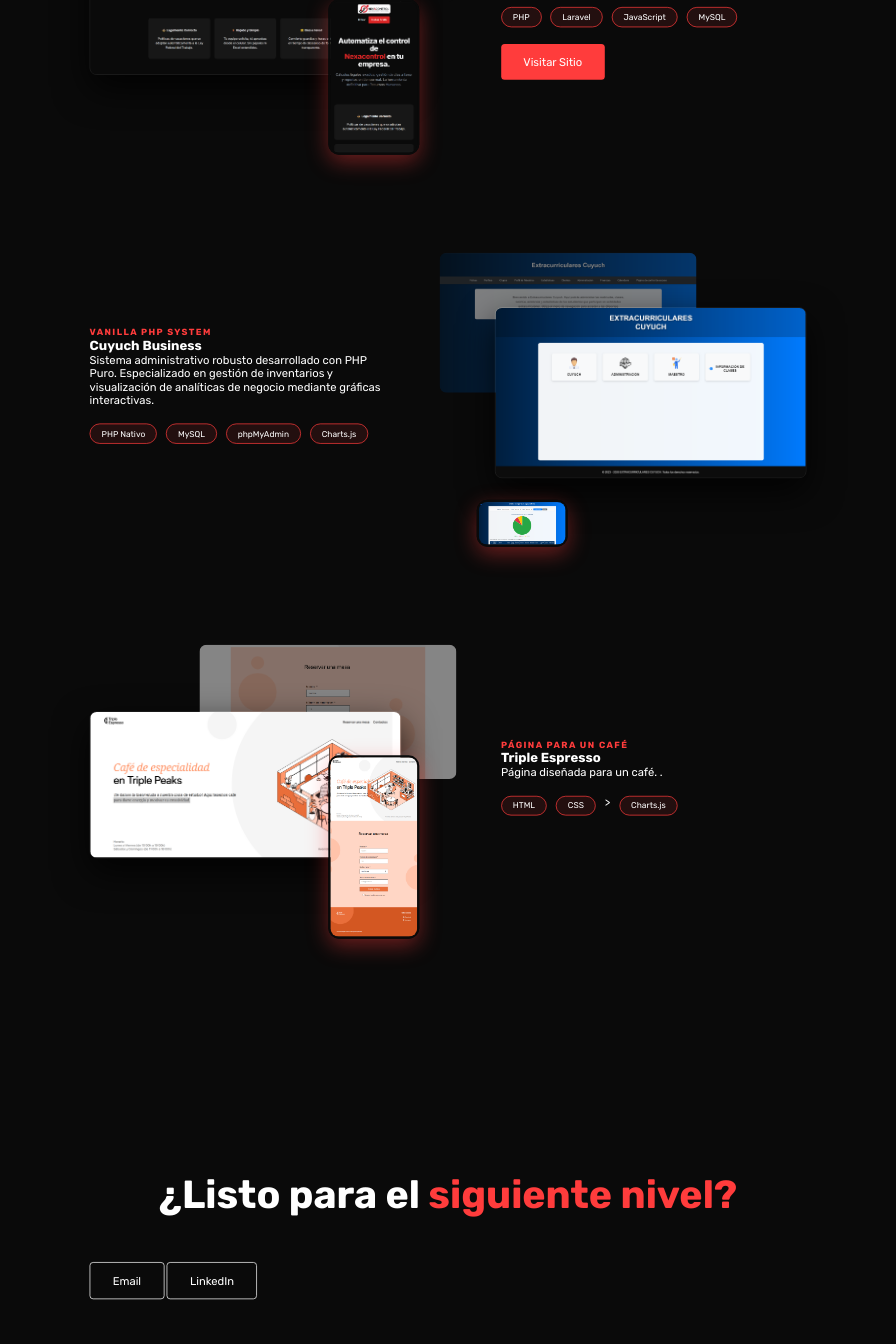
Repository: hercules830/Mi-portfolio-profesional
Page: index.html
The author's editor kept a copy of each file at every save. The page is drawn from the files as they stood at one save, then again after the next save.
The browser window is 1280 px wide. The pictures show the part of the page from y = 1690 to 3610 px (the page is 3610 px tall), at 70% of full size.
Some web fonts or font styles are not loaded; a fallback is used.

Above is the page before, as saved 2026-05-30 20:08:09.

### index.html
<!DOCTYPE html>
<html lang="es">
  <head>
    <meta charset="UTF-8" />
    <meta name="viewport" content="width=device-width, initial-scale=1.0" />
    <link rel="stylesheet" href="styles.css" />
    <link rel="preconnect" href="https://fonts.googleapis.com" />
    <link rel="preconnect" href="https://fonts.gstatic.com" crossorigin />
    <link
      href="https://fonts.googleapis.com/css2?family=Rubik:wght@300;400;700&family=Rubik+Storm&display=swap"
      rel="stylesheet"
    />
    <title>Brayan Espinoza | Full Stack Developer</title>
  </head>
  <body>
    <header class="header">
      <nav class="nav">
        <div class="logo-container">
          <p class="logo">BRAYAN <span>ESPINOZA</span></p>
        </div>
        <ul class="links">
          <li><a class="link" href="#inicio">Inicio</a></li>
          <li><a class="link" href="#habilidades">Habilidades</a></li>
          <li><a class="link" href="#proyectos">Proyectos</a></li>
          <li><a class="link" href="#contacto">Contacto</a></li>
        </ul>
      </nav>

      <div class="description" id="inicio">
        <h1 class="header-title">Brayan</h1>
        <p class="my-description">Engineer + Full Stack Web Developer</p>
        <div class="cta-container">
          <a href="#proyectos" class="btn-primary">Ver Proyectos</a>
          <a href="#contacto" class="btn-secondary">Contáctame</a>
        </div>
      </div>
    </header>

    <section class="section" id="habilidades">
      <h2 class="section-title">Habilidades <span>Técnicas</span></h2>
      <div class="skills-grid">
        <div class="skill-card">
          <h3>Backend</h3>
          <p>PHP, Laravel, Node.js, MySQL, Eloquent ORM, REST APIs</p>
        </div>
        <div class="skill-card">
          <h3>Frontend</h3>
          <p>JavaScript (ES6+), React, HTML5, CSS3, Tailwind</p>
        </div>
        <div class="skill-card">
          <h3>Herramientas</h3>
          <p>Git, Postman, SCRUM, Linux, arquitectura de bases de datos</p>
        </div>
      </div>
    </section>

    <section class="section" id="proyectos">
      <h2 class="section-title">Proyectos <span>SaaS</span></h2>

      <!-- PROYECTO 1: NEXACONTROL (Tecnologías originales) -->
      <div class="featured-project">
        <div class="featured-img-container">
          <img
            src="assets/img/projects/indexNexa.png"
            alt="Nexacontrol Landing"
            class="img-lead zoomable"
          />
          <img
            src="assets/img/projects/panelJefeAreaNexa.png"
            alt="Nexacontrol Panel"
            class="img-panel zoomable"
          />
          <img
            src="assets/img/projects/indexNexaPhone.png"
            alt="Nexacontrol Mobile"
            class="img-phone zoomable"
          />
        </div>
        <div class="featured-info">
          <span class="tag">SaaS Ecosystem</span>
          <h3>Nexacontrol</h3>
          <p>
            Plataforma integral de gestión de capital humano. Automatiza
            cálculos de legislación laboral, control de asistencia y flujos de
            aprobación para RRHH.
          </p>
          <div class="tech-stack">
            <span>PHP</span><span>Laravel</span><span>JavaScript</span
            ><span>MySQL</span>
          </div>
          <div class="actions">
            <a
              href="https://nexacontrolapp.com"
              target="_blank"
              class="btn-primary"
              >Visitar Sitio</a
            >
          </div>
        </div>
      </div>

      <!-- PROYECTO 2: CUYUCH (PHP Puro / Vanilla) -->
      <div class="featured-project reverse">
        <div class="featured-info">
          <span class="tag">Vanilla PHP System</span>
          <h3>Cuyuch Business</h3>
          <p>
            Sistema administrativo robusto desarrollado con PHP Puro.
            Especializado en gestión de inventarios y visualización de
            analíticas de negocio mediante gráficas interactivas.
          </p>
          <div class="tech-stack">
            <span>PHP Nativo</span><span>MySQL</span><span>phpMyAdmin</span
            ><span>Charts.js</span>
          </div>
        </div>
        <div class="featured-img-container">
          <img
            src="assets/img/projects/indexCuyuch.png"
            alt="Cuyuch Home"
            class="img-lead zoomable"
          />
          <img
            src="assets/img/projects/panelCuyuch.png"
            alt="Cuyuch Admin"
            class="img-panel zoomable"
          />
          <img
            src="assets/img/projects/graficaCuyuch.png"
            alt="Cuyuch Stats"
            class="img-phone zoomable"
          />
        </div>
      </div>

      <!-- PROYECTO 3: Triple Expresso (HTML, CSS) -->
      <div class="featured-project">
        <div class="featured-img-container">
          <img
            src="assets/img/projects/headTripleExpresso.png"
            alt="Cuyuch Home"
            class="img-lead zoomable"
          />
          <img
            src="assets/img/projects/formTripleEspresso.png"
            alt="Cuyuch Admin"
            class="img-panel zoomable"
          />
          <img
            src="assets/img/projects/phoneTripleEspresso.png"
            alt="Cuyuch Stats"
            class="img-phone zoomable"
          />
        </div>
        <div class="featured-info">
          <span class="tag">Página para un Café</span>
          <h3>Triple Espresso</h3>
          <p>Página diseñada para un café. .</p>
          <div class="tech-stack">
            <span>HTML</span><span>CSS</span> ><span>Charts.js</span>
          </div>
        </div>
      </div>
    </section>

    <!-- MODAL PARA ZOOM (Lightbox) -->
    <div id="imageModal" class="modal">
      <span class="close">&times;</span>
      <img class="modal-content" id="imgFull" />
    </div>

    <footer class="section" id="contacto">
      <h2 class="section-title">
        ¿Listo para el <span>siguiente nivel?</span>
      </h2>
      <div class="social-links">
        <a href="mailto:musicabjhe830@gmail.com" class="btn-secondary">Email</a>
        <a
          href="https://www.linkedin.com/in/brayan-espinoza-57191512a"
          target="_blank"
          class="btn-secondary"
          >LinkedIn</a
        >
      </div>
    </footer>

    <script src="script.js"></script>
  </body>
</html>

### styles.css
:root {
  --primary-red: #ff3c3c;
  --dark-bg: #0a0a0a;
  --card-bg: #141414;
  --text-white: #ffffff;
  --gray-text: #b3b3b3;
}

* {
  margin: 0;
  padding: 0;
  box-sizing: border-box;
  scroll-behavior: smooth;
}
body {
  background-color: var(--dark-bg);
  color: var(--text-white);
  font-family: "Rubik", sans-serif;
  overflow-x: hidden;
}

/* --- HEADER --- */
.header {
  height: 100vh;
  background: linear-gradient(to bottom, transparent 60%, var(--dark-bg) 100%),
    linear-gradient(rgba(0, 0, 0, 0.5), rgba(0, 0, 0, 0.5)),
    url("assets/background.jpg");
  background-size: cover;
  background-position: center;
  display: flex;
  flex-direction: column;
}
.nav {
  display: flex;
  justify-content: space-between;
  padding: 2rem 5%;
  align-items: center;
}
.logo {
  font-weight: bold;
  letter-spacing: 2px;
}
.logo span {
  color: var(--primary-red);
}
.links {
  display: flex;
  list-style: none;
  gap: 2rem;
}
.link {
  color: white;
  text-decoration: none;
  font-size: 0.9rem;
  transition: 0.3s;
}
.link:hover {
  color: var(--primary-red);
}

.description {
  flex: 1;
  display: flex;
  flex-direction: column;
  justify-content: center;
  padding-left: 10%;
}
.header-title {
  font-family: "Rubik Storm", cursive;
  font-size: clamp(4rem, 10vw, 8rem);
  color: var(--primary-red);
  text-shadow: 0 0 30px rgba(255, 60, 60, 0.4);
}
.my-description {
  font-size: 1.5rem;
  color: var(--gray-text);
  margin-bottom: 2rem;
}

/* --- BOTONES --- */
.btn-primary {
  background: var(--primary-red);
  color: white;
  padding: 1rem 2rem;
  text-decoration: none;
  border-radius: 5px;
  transition: 0.3s;
  display: inline-block;
}
.btn-secondary {
  border: 1px solid white;
  color: white;
  padding: 1rem 2rem;
  text-decoration: none;
  border-radius: 5px;
  transition: 0.3s;
  display: inline-block;
}
.btn-primary:hover {
  transform: scale(1.05);
  box-shadow: 0 0 20px rgba(255, 60, 60, 0.4);
}

/* --- SECCIONES --- */
.section {
  padding: 8rem 10% 4rem 10%;
}
.section-title {
  font-size: clamp(2rem, 5vw, 3.5rem);
  margin-bottom: 4rem;
  text-align: center;
}
.section-title span {
  color: var(--primary-red);
}

.skills-grid {
  display: grid;
  grid-template-columns: repeat(auto-fit, minmax(280px, 1fr));
  gap: 2rem;
}
.skill-card {
  background: var(--card-bg);
  padding: 3rem;
  border-radius: 15px;
  border-left: 5px solid var(--primary-red);
  transition: 0.3s;
}
.skill-card h3 {
  margin-bottom: 1rem;
  color: var(--primary-red);
}

/* --- SHOWCASE DE PROYECTOS --- */
.featured-project {
  display: grid;
  grid-template-columns: 1.2fr 1fr;
  gap: 4rem;
  margin-bottom: 10rem;
  align-items: center;
}
.featured-project.reverse {
  grid-template-columns: 1fr 1.2fr;
}

.featured-img-container {
  position: relative;
  height: 400px;
  display: flex;
  align-items: center;
}
.img-lead {
  width: 85%;
  border-radius: 10px;
  box-shadow: 0 20px 50px rgba(0, 0, 0, 0.8);
  z-index: 2;
  transition: 0.5s;
  cursor: pointer;
  border: 1px solid rgba(255, 255, 255, 0.1);
}
.img-panel {
  position: absolute;
  top: 0;
  right: 0;
  width: 70%;
  border-radius: 10px;
  z-index: 1;
  opacity: 0.5;
  filter: blur(1px);
  transition: 0.5s;
  cursor: pointer;
}
.img-phone {
  position: absolute;
  bottom: -20px;
  right: 10%;
  width: 130px;
  z-index: 3;
  border: 3px solid var(--dark-bg);
  border-radius: 15px;
  box-shadow: 0 10px 30px rgba(255, 60, 60, 0.4);
  transition: 0.5s;
  cursor: pointer;
}

/* Inversión de imágenes para el modo reverse */
.reverse .img-lead {
  margin-left: auto;
}
.reverse .img-panel {
  left: 0;
  right: auto;
}
.reverse .img-phone {
  left: 10%;
  right: auto;
}

.featured-project:hover .img-lead {
  transform: translateX(-10px);
}
.featured-project:hover .img-panel {
  opacity: 1;
  filter: blur(0);
  transform: translate(10px, -10px);
}
.featured-project:hover .img-phone {
  transform: scale(1.1);
}

.tag {
  color: var(--primary-red);
  font-weight: bold;
  font-size: 0.8rem;
  letter-spacing: 2px;
  text-transform: uppercase;
}
.tech-stack {
  margin: 1.5rem 0;
  display: flex;
  gap: 0.8rem;
  flex-wrap: wrap;
}
.tech-stack span {
  background: rgba(255, 60, 60, 0.1);
  padding: 0.4rem 1rem;
  border-radius: 20px;
  border: 1px solid var(--primary-red);
  font-size: 0.75rem;
}

/* --- MODAL (ZOOM) --- */
.modal {
  display: none;
  position: fixed;
  z-index: 1000;
  padding-top: 50px;
  left: 0;
  top: 0;
  width: 100%;
  height: 100%;
  background-color: rgba(0, 0, 0, 0.9);
}
.modal-content {
  margin: auto;
  display: block;
  width: 80%;
  max-width: 1200px;
  border-radius: 10px;
  border: 2px solid var(--primary-red);
}
.close {
  position: absolute;
  top: 15px;
  right: 35px;
  color: #f1f1f1;
  font-size: 40px;
  font-weight: bold;
  cursor: pointer;
}

@media (max-width: 1000px) {
  .featured-project,
  .featured-project.reverse {
    grid-template-columns: 1fr;
    gap: 2rem;
  }
  .featured-img-container {
    height: 300px;
    order: -1;
  }
  .featured-info {
    text-align: center;
  }
  .tech-stack {
    justify-content: center;
  }
}

### script.js
document.addEventListener("DOMContentLoaded", () => {
  // 1. Lógica del Modal (Zoom de Imágenes)
  const modal = document.getElementById("imageModal");
  const modalImg = document.getElementById("imgFull");
  const span = document.getElementsByClassName("close")[0];

  document.querySelectorAll(".zoomable").forEach((img) => {
    img.onclick = function () {
      modal.style.display = "block";
      modalImg.src = this.src;
    };
  });

  span.onclick = function () {
    modal.style.display = "none";
  };

  modal.onclick = function (event) {
    if (event.target == modal) {
      modal.style.display = "none";
    }
  };

  // 2. Efecto Revelado al hacer Scroll (Intersection Observer)
  const observerOptions = { threshold: 0.1 };
  const observer = new IntersectionObserver((entries) => {
    entries.forEach((entry) => {
      if (entry.isIntersecting) {
        entry.target.style.opacity = "1";
        entry.target.style.transform = "translateY(0)";
      }
    });
  }, observerOptions);

  document.querySelectorAll(".section, .featured-project").forEach((el) => {
    el.style.opacity = "0";
    el.style.transform = "translateY(40px)";
    el.style.transition = "all 0.8s ease-out";
    observer.observe(el);
  });
});

After the next save:
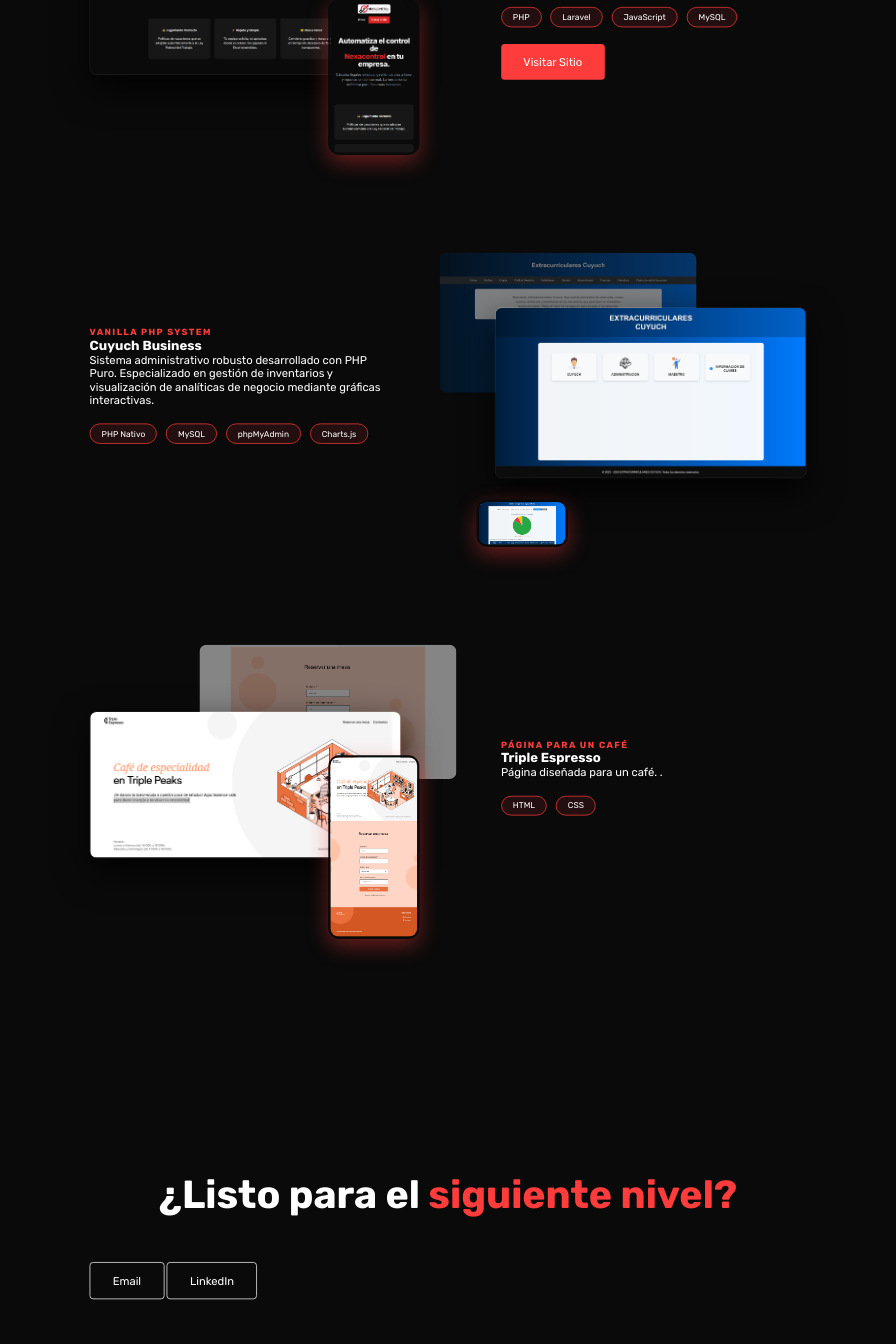
Saved 22 s later.
--- a/index.html
+++ b/index.html
@@ -156,9 +156,7 @@
           <span class="tag">Página para un Café</span>
           <h3>Triple Espresso</h3>
           <p>Página diseñada para un café. .</p>
-          <div class="tech-stack">
-            <span>HTML</span><span>CSS</span> ><span>Charts.js</span>
-          </div>
+          <div class="tech-stack"><span>HTML</span><span>CSS</span></div>
         </div>
       </div>
     </section>
